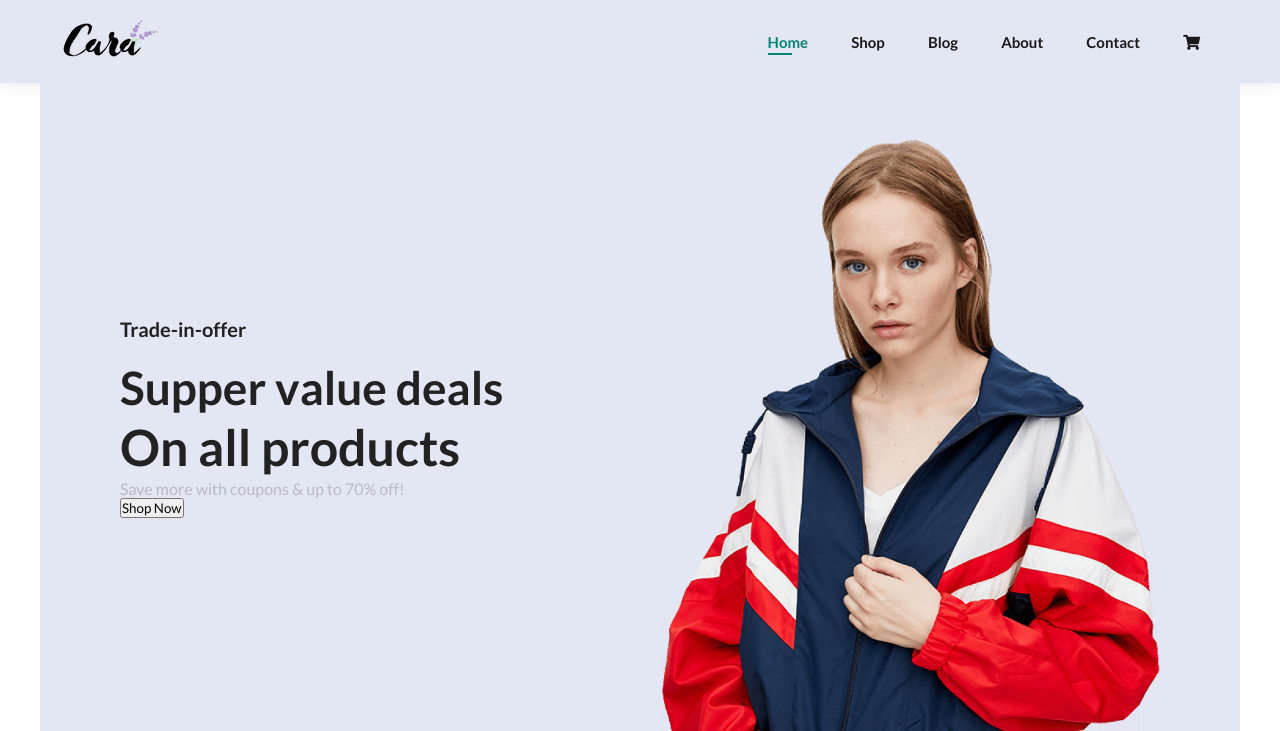
Repository: Nguyenductuan-dev/Website-Clothes
Page: index.html
The author's editor kept a copy of each file at every save. The page is drawn from the files as they stood at one save, then again after the next save.
The browser window is 1280 px wide. The pictures show the whole page.

Above is the page before, as saved 2022-04-22 21:01:26.

After the next save:
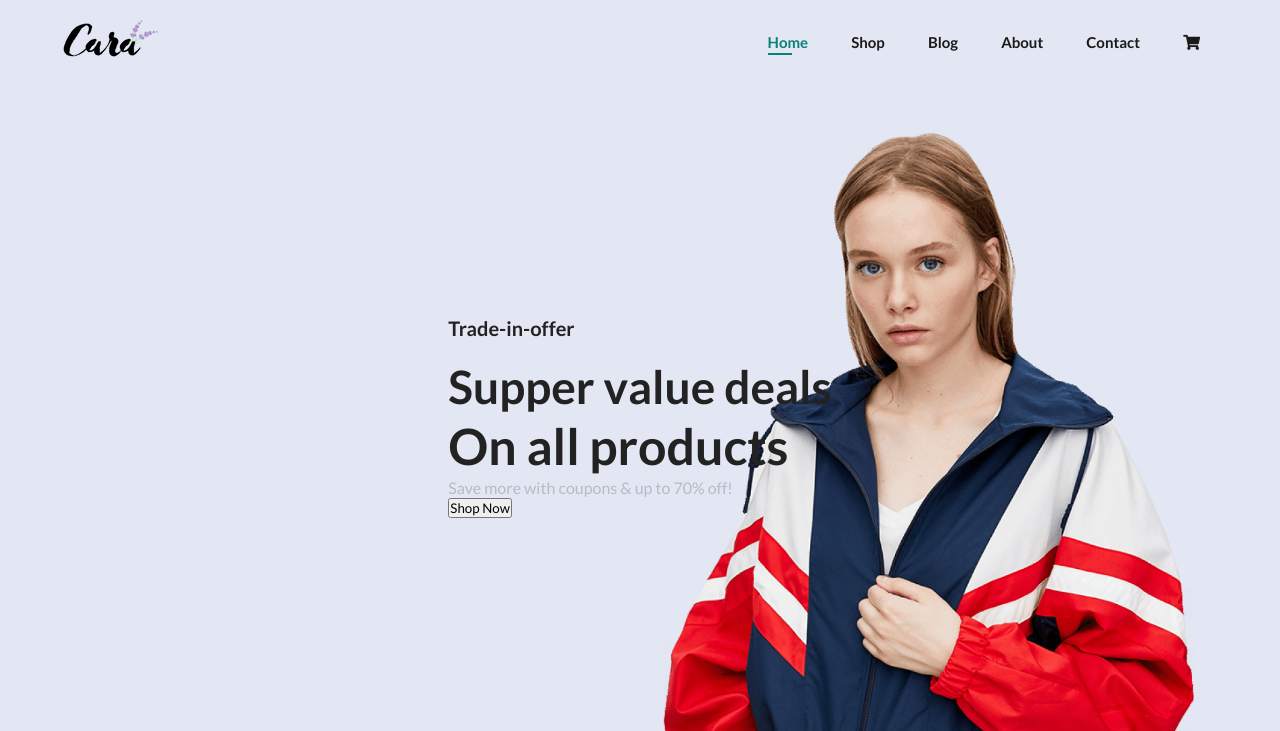
Saved 99 s later.
--- a/index.html
+++ b/index.html
@@ -48,14 +48,16 @@
     </header>
 
     <!-- ======================= BANNER ====================== -->
-    <section class="banner container" id="banner">
-        <h4>Trade-in-offer</h4>
-        <h2>Supper value deals</h2>
-        <h1>On all products</h1>
-        <p>Save more with coupons & up to 70% off!</p>
-        <button class="btn">
-            Shop Now
-        </button>
+    <section class="banner" id="banner">
+        <div class="container">
+            <h4>Trade-in-offer</h4>
+            <h2>Supper value deals</h2>
+            <h1>On all products</h1>
+            <p>Save more with coupons & up to 70% off!</p>
+            <button class="btn">
+                Shop Now
+            </button>
+        </div>
     </section>
 
     <script src="assets/js/main.js"></script>

After the 2 saves that followed:
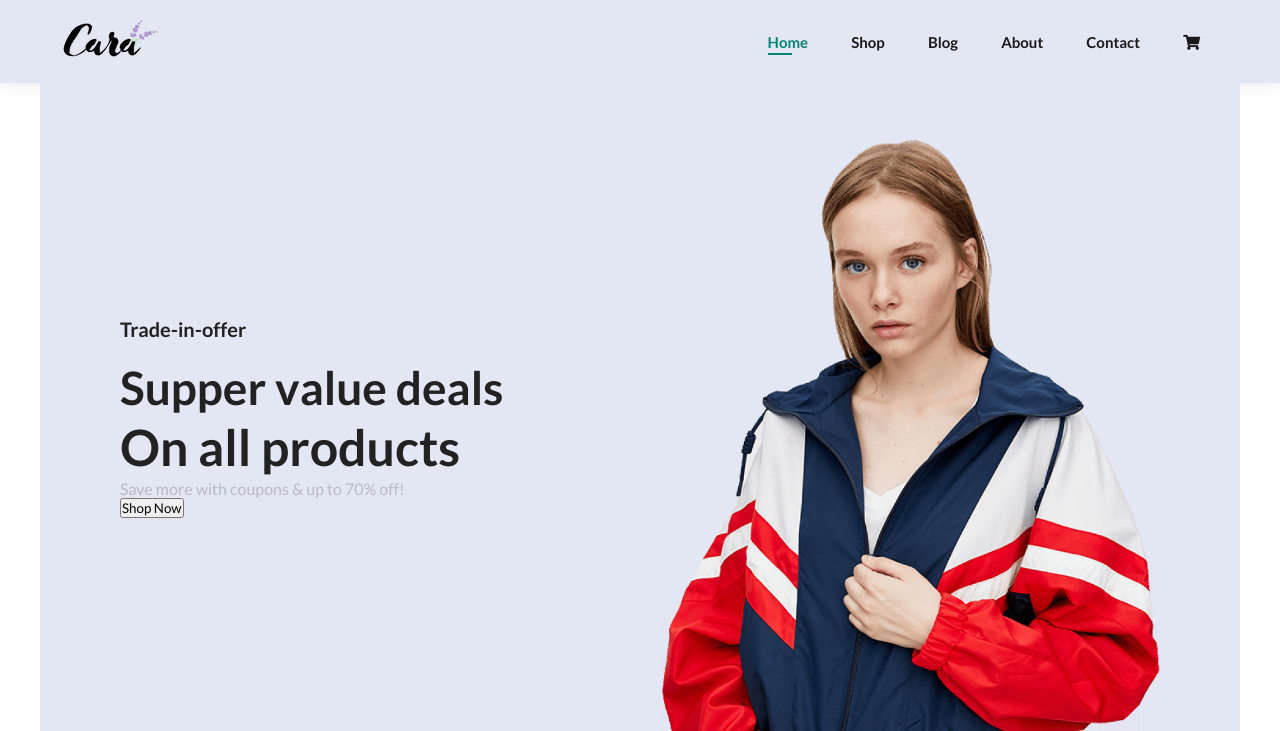
The 2 saves are shown as one change because 1 left the picture as it was.
The last was saved 94 s later.
--- a/index.html
+++ b/index.html
@@ -49,7 +49,7 @@
 
     <!-- ======================= BANNER ====================== -->
     <section class="banner" id="banner">
-        <div class="container">
+        <div class="banner__container container">
             <h4>Trade-in-offer</h4>
             <h2>Supper value deals</h2>
             <h1>On all products</h1>
--- a/assets/css/style.css
+++ b/assets/css/style.css
@@ -80,7 +80,7 @@ body {
     left: 20px;
 }
 /* ================ BANNER =================== */
-.banner {
+.banner__container {
     background-image: url('../images/hero4.png');
     width: 100%;
     height: 90vh;
